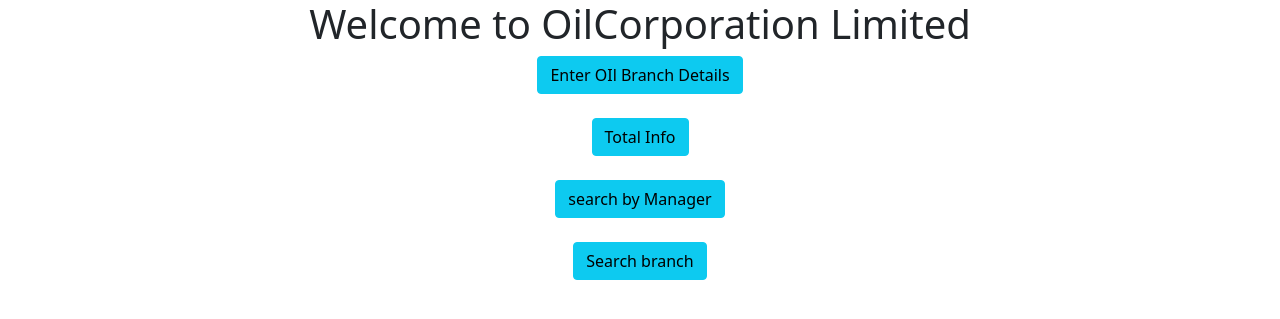
Repository: veerrajuMareddi/demo
Page: http://localhost/OilCorporation/views/index.jsp
The author's editor kept a copy of each file at every save. The page is drawn from the files as they stood at one save, then again after the next save.
The browser window is 1280 px wide. The pictures show the whole page.
The page is served by Tomcat 9. Other server files are loaded and not shown.

Above is the page before, as saved 2022-05-04 04:00:28.

### OilCorporation/src/main/webapp/views/index.jsp
<%@ page language="java" contentType="text/html; charset=ISO-8859-1"
    pageEncoding="ISO-8859-1"%>
<!DOCTYPE html>
<html>
<head>
<link
	href="https://cdn.jsdelivr.net/npm/bootstrap@5.1.3/dist/css/bootstrap.min.css"
	rel="stylesheet"
	integrity="sha384-1BmE4kWBq78iYhFldvKuhfTAU6auU8tT94WrHftjDbrCEXSU1oBoqyl2QvZ6jIW3"
	crossorigin="anonymous">
<script
	src="https://cdn.jsdelivr.net/npm/bootstrap@5.1.3/dist/js/bootstrap.bundle.min.js"
	integrity="sha384-ka7Sk0Gln4gmtz2MlQnikT1wXgYsOg+OMhuP+IlRH9sENBO0LRn5q+8nbTov4+1p"
	crossorigin="anonymous"></script>
<meta charset="ISO-8859-1">
<title>Home</title>
</head>
<body>
<center>
<h1>Welcome to OilCorporation Limited</h1>
<a class="btn btn-info" href="/src/callsave">Enter OIl Branch Details</a>
<br>
<br>
<a class="btn btn-info" href="/src/get">Total Info</a>
<br>
<br>
<a class="btn btn-info" href="/src/child">search by Manager</a>
<br>
<br>
<a class="btn btn-info" href="/src/parent">Search branch</a>
</center>
</body>
</html>

After the next save:
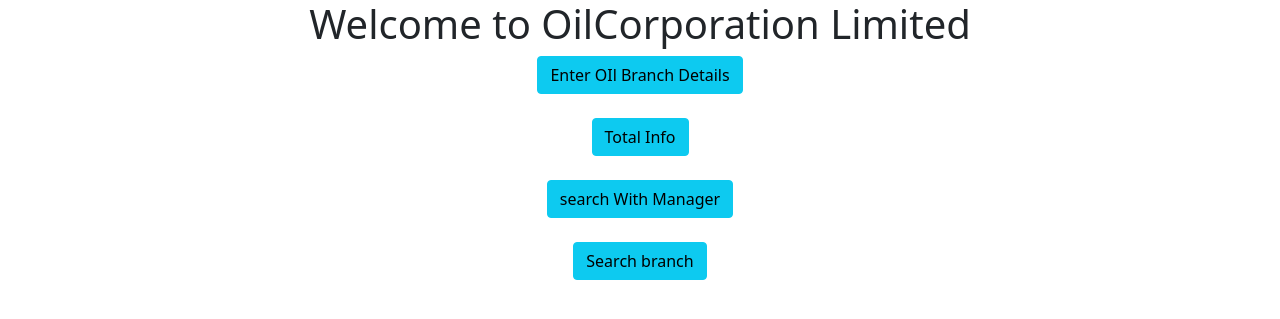
Saved 17 s later.
--- a/OilCorporation/src/main/webapp/views/index.jsp
+++ b/OilCorporation/src/main/webapp/views/index.jsp
@@ -24,7 +24,7 @@
 <a class="btn btn-info" href="/src/get">Total Info</a>
 <br>
 <br>
-<a class="btn btn-info" href="/src/child">search by Manager</a>
+<a class="btn btn-info" href="/src/child">search With Manager</a>
 <br>
 <br>
 <a class="btn btn-info" href="/src/parent">Search branch</a>
